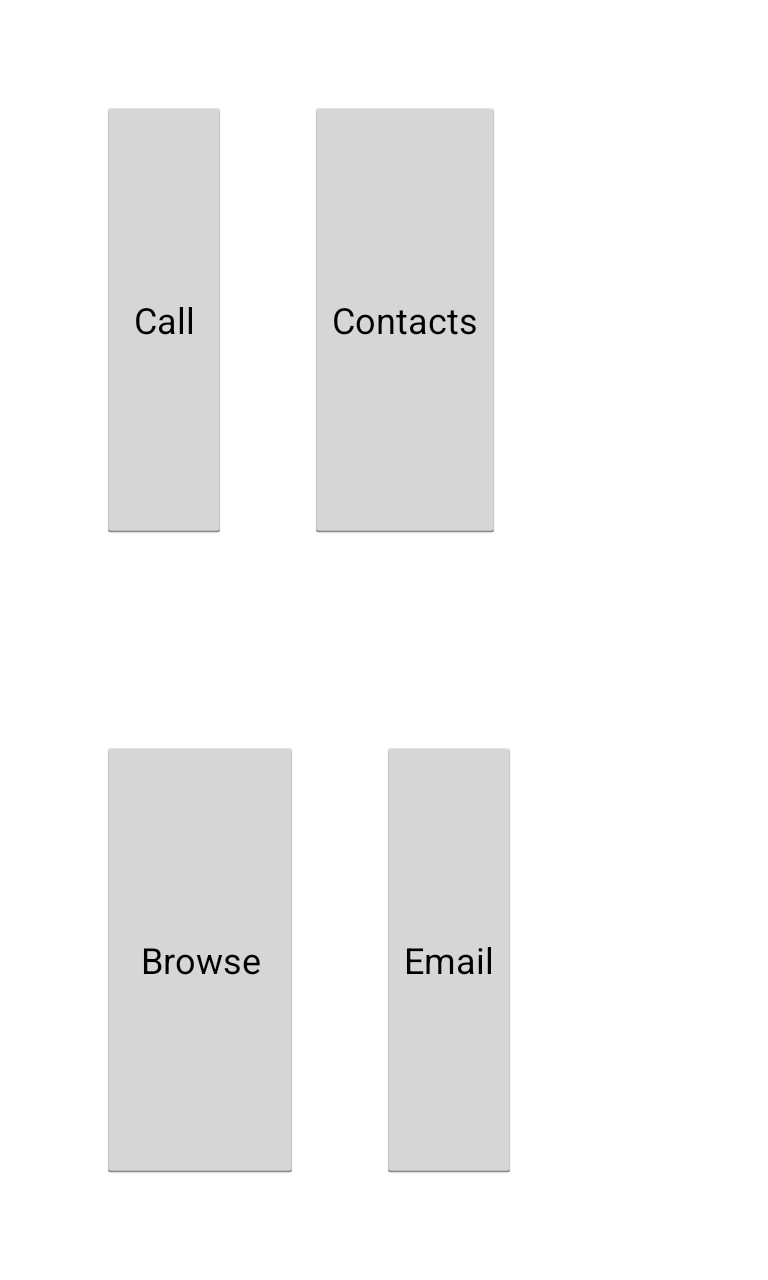
Repository: AnithaGorli/Android
Layout: ImplicitIntentApplication/res/layout/implicitintent.xml
The author's editor kept a copy of each file at every save. The layout is drawn from the files as they stood at one save, then again after the next save.
It is drawn on a 768 x 1280 px phone screen (xhdpi) without system bars, with theme AppTheme; the app's code is not run.

Above is the layout before, as saved 2014-09-10 10:11:21.

After the next save:
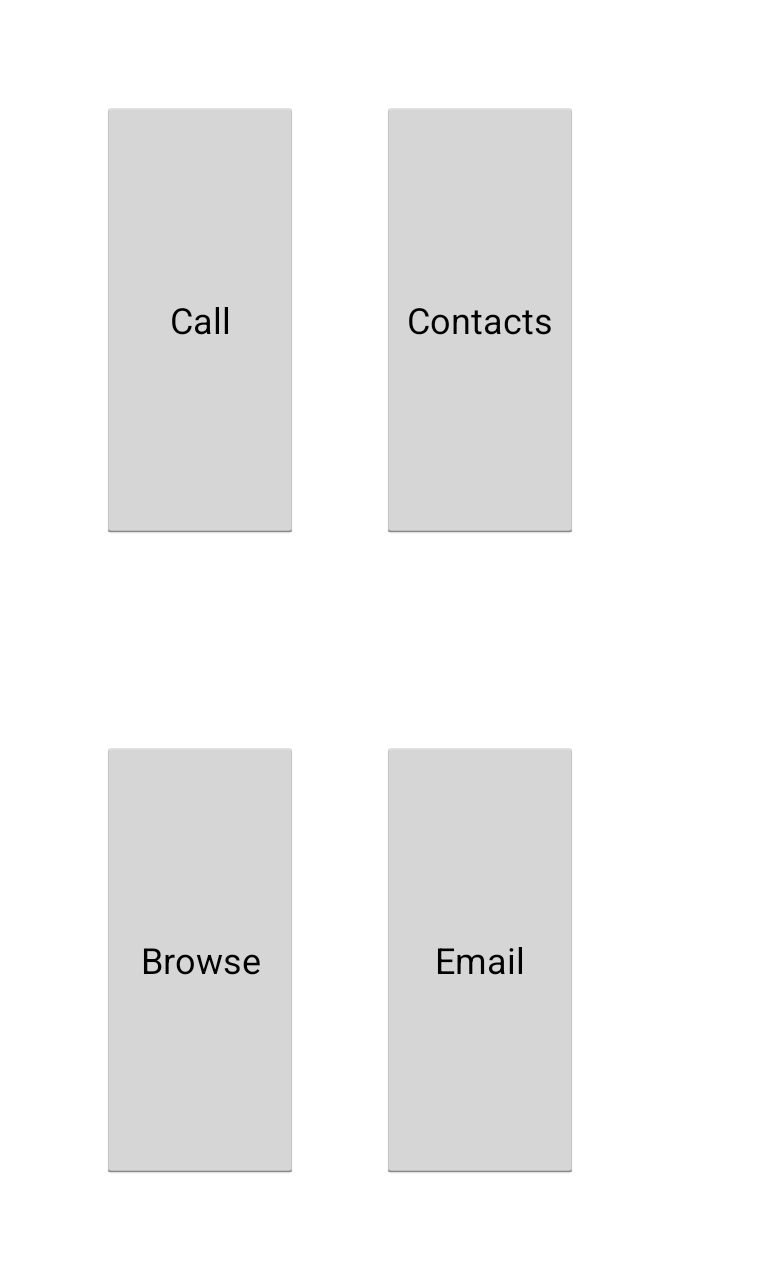
Saved 27 s later.
--- a/ImplicitIntentApplication/res/layout/implicitintent.xml
+++ b/ImplicitIntentApplication/res/layout/implicitintent.xml
@@ -16,7 +16,7 @@
      >
     <Button
          android:id="@+id/call_btn"
-          android:layout_width="wrap_content"
+          android:layout_width="100dp"
         android:layout_height="match_parent"
         android:text="@string/call"
         android:layout_margin="20dp"/>
@@ -25,7 +25,7 @@
 
     <Button
          android:id="@+id/contacts_btn"
-          android:layout_width="wrap_content"
+         android:layout_width="100dp"
         android:layout_height="match_parent"
         android:text="@string/contacts"
         android:layout_margin="20dp"/>
@@ -50,7 +50,7 @@
         android:layout_margin="20dp"/>
     <Button
          android:id="@+id/email_btn"
-         android:layout_width="wrap_content"
+          android:layout_width="100dp"
         android:layout_height="match_parent"
         android:text="@string/email"
         android:layout_margin="20dp"/>
